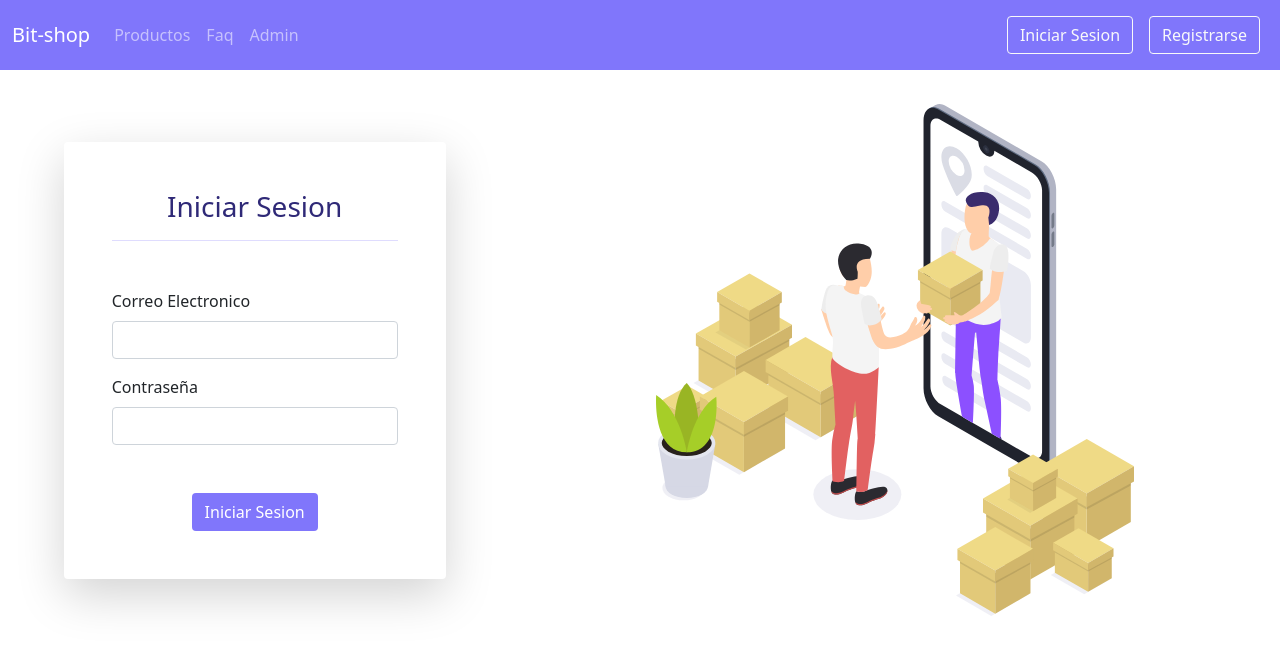
Repository: TzStrikerYT/myClassRoom
Page: /login (app in bit-shop-as/)
These files come from the project's save history. The page is drawn as it stood at one moment and after the next save; the edit follows.
The browser window is 1280 px wide. The pictures show the whole page.
The project was rebuilt for these pictures with package versions that can differ from the ones it lists, and the page was loaded fresh each time. Also part of the build but not shown: bit-shop-as/angular.json.

Above is the page before, as saved 2022-02-28 18:32:42.

After the next save:
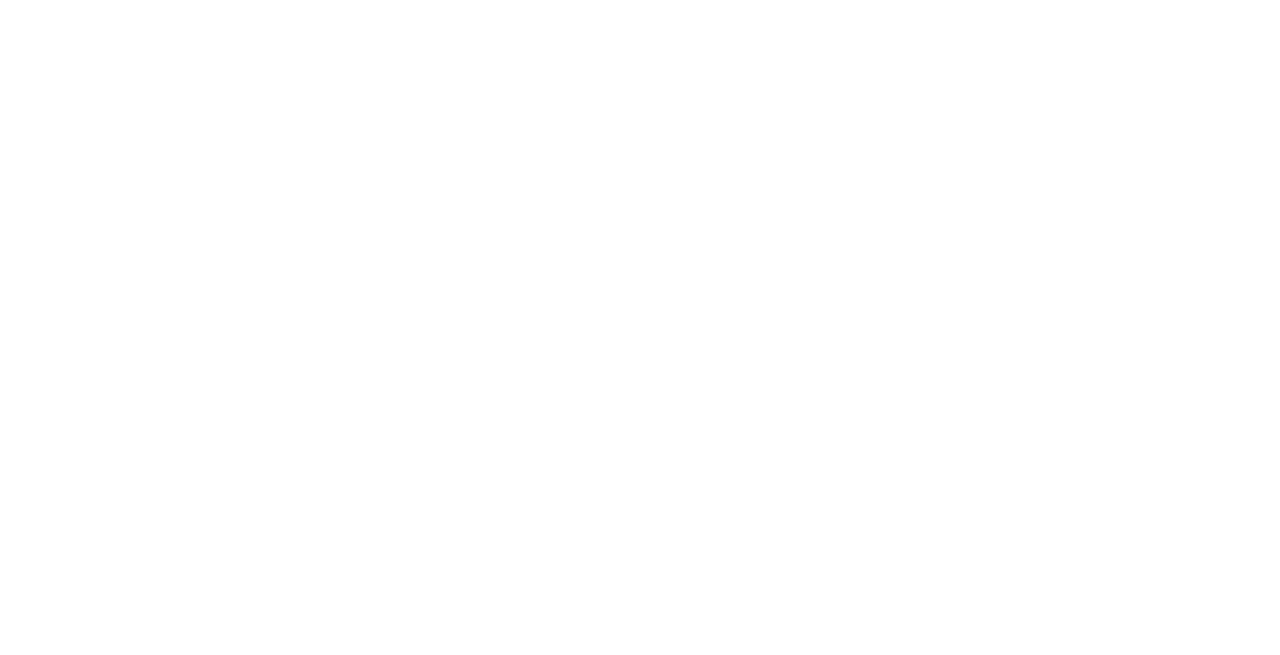
Saved 2 min 2 s later.
--- a/bit-shop-as/src/app/components/login/login.component.html
+++ b/bit-shop-as/src/app/components/login/login.component.html
@@ -8,10 +8,10 @@
                 <h3 class="text-purple-dark mb-3 text-center">Iniciar Sesion</h3>
                 <hr class="mb-5 text-purple-pastel">
 
-                <form>
+                <form #loginForm="ngForm">
                     <div class="mb-3">
                       <label for="exampleInputEmail1" class="form-label">Correo Electronico</label>
-                      <input type="email" class="form-control" id="exampleInputEmail1" aria-describedby="emailHelp">
+                      <input #email="ngModel" [(ngModel)]="email" type="email" class="form-control" id="exampleInputEmail1" aria-describedby="emailHelp">
                     </div>
                     <div class="mb-3">
                       <label for="exampleInputPassword1" class="form-label">Contraseña</label>

After the 4 saves that followed:
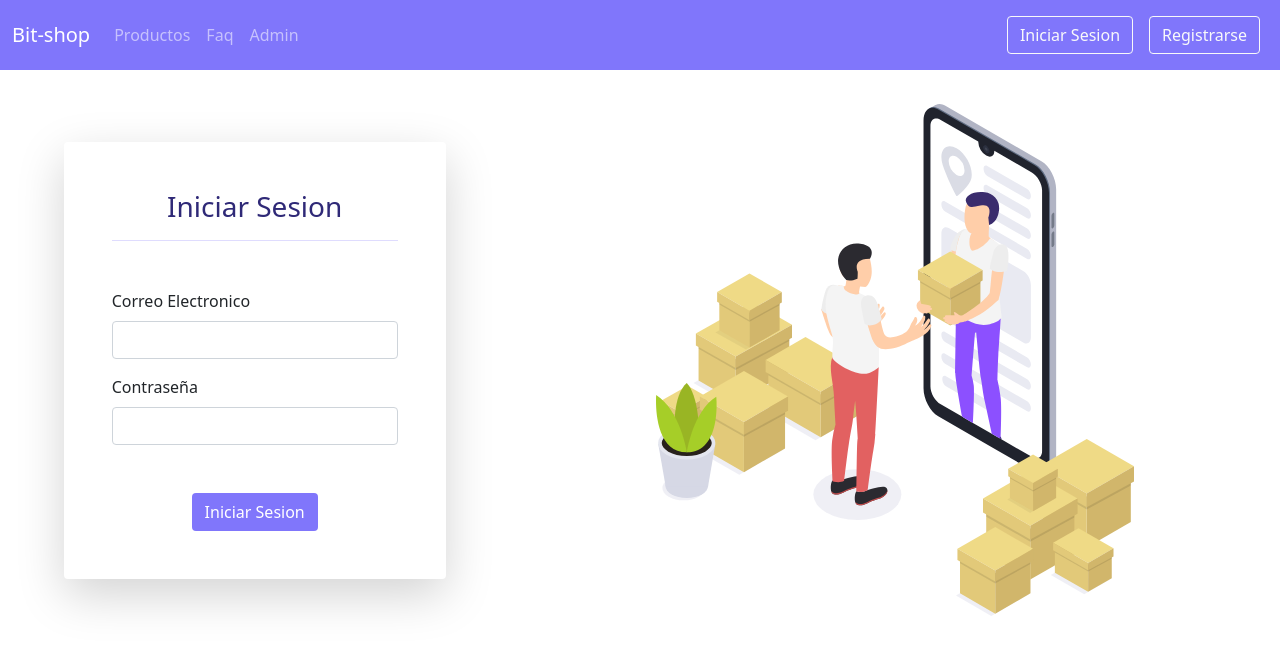
The 4 saves are shown as one change because 3 left the picture as it was.
The last was saved 4 min 39 s later.
--- a/bit-shop-as/src/app/components/login/login.component.ts
+++ b/bit-shop-as/src/app/components/login/login.component.ts
@@ -11,10 +11,11 @@ export class LoginComponent implements OnInit {
 
   /* valores del formulario */
 
-  email=""
-  password = ""
+  public email=""
+  public password=""
 
-  constructor(public userService: UserService) { }
+  constructor() {
+   }
 
   ngOnInit(): void {
   }
--- a/bit-shop-as/src/app/components/login/login.component.html
+++ b/bit-shop-as/src/app/components/login/login.component.html
@@ -11,7 +11,7 @@
                 <form #loginForm="ngForm">
                     <div class="mb-3">
                       <label for="exampleInputEmail1" class="form-label">Correo Electronico</label>
-                      <input #email="ngModel" [(ngModel)]="email" type="email" class="form-control" id="exampleInputEmail1" aria-describedby="emailHelp">
+                      <input name="email" [(ngModel)]="email" type="email" class="form-control" id="exampleInputEmail1" aria-describedby="emailHelp">
                     </div>
                     <div class="mb-3">
                       <label for="exampleInputPassword1" class="form-label">Contraseña</label>
